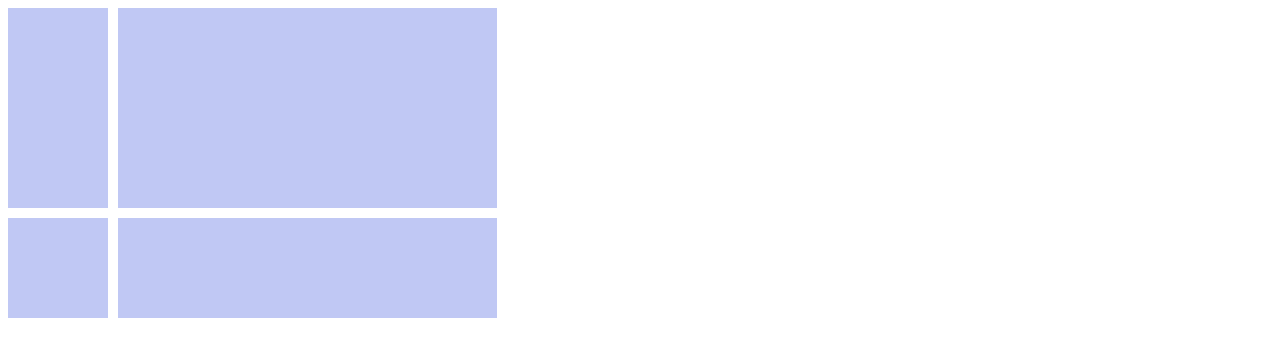
Repository: IrinaGetmanenko/week6
Page: tables.html
The author's editor kept a copy of each file at every save. The page is drawn from the files as they stood at one save, then again after the next save.
The browser window is 1280 px wide. The pictures show the whole page.

Above is the page before, as saved 2022-09-01 16:50:48.

### tables.html
<!DOCTYPE html>
<html lang="en">
<head>
    <meta charset="UTF-8">
    <meta http-equiv="X-UA-Compatible" content="IE=edge">
    <meta name="viewport" content="width=device-width, initial-scale=1.0">
    <title>Document</title>
</head>
<style>

.container {
  display: grid;
  grid-template-columns: 100px 30% ;
  grid-template-rows: 200px 100px  ;
  gap: 10px;
}

.item1 {
    background-color: rgba(89, 112, 227, 0.381);
}
.item2 {
    background-color: rgba(89, 112, 227, 0.381);
}
.item3 {
    background-color: rgba(89, 112, 227, 0.381);
}
.item4 {
    background-color: rgba(89, 112, 227, 0.381);
}
.item5 {
    background-color: rgba(89, 112, 227, 0.381);
}
.item6 {
    background-color: black;
}

</style>
<body>
        <div class="container">
        <div class="item item1"></div>
        <div class="item item2"></div>
        <div class="item item3"></div>
        <div class="item item4"></div>
        <div class="item item5"></div>
        <div class="item item6"></div>
      </div>
</body>
</html>

After the next save:
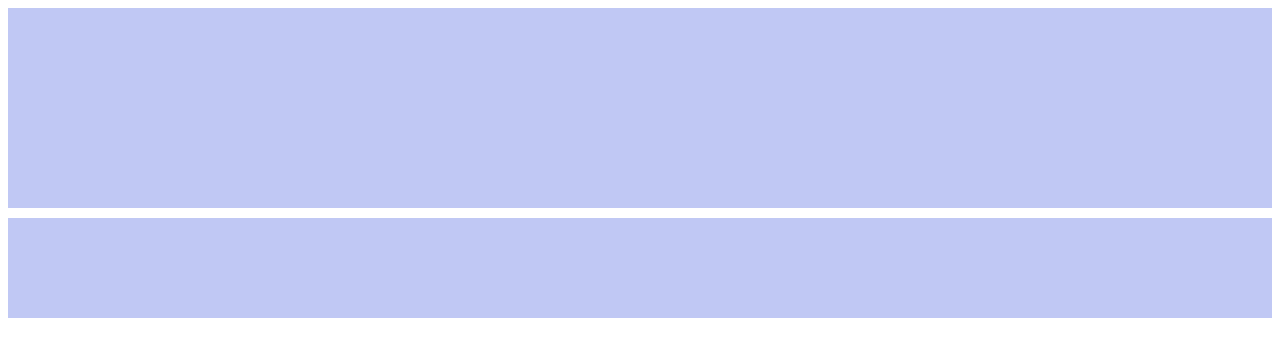
Saved 2 min 21 s later.
--- a/tables.html
+++ b/tables.html
@@ -10,7 +10,7 @@
 
 .container {
   display: grid;
-  grid-template-columns: 100px 30% ;
+  grid-template-columns: 100px 30% calc(70%-100px);
   grid-template-rows: 200px 100px  ;
   gap: 10px;
 }

After the save that followed:
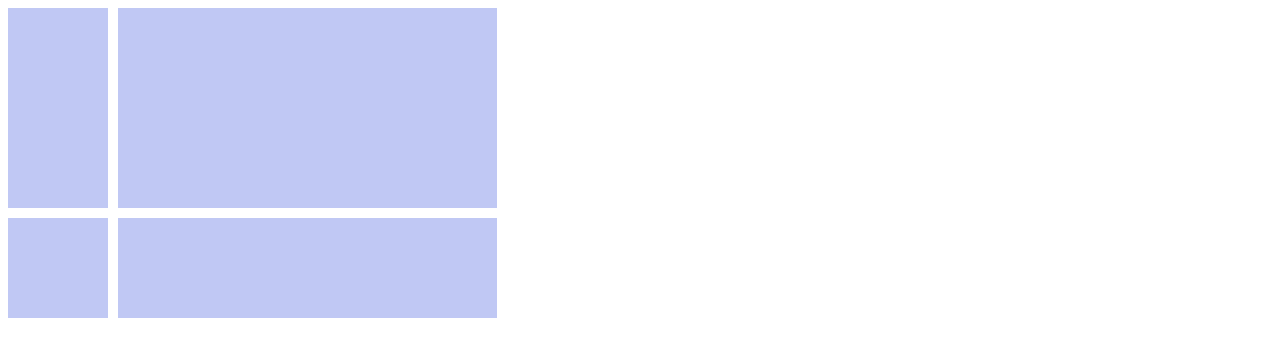
Saved 40 s later.
--- a/tables.html
+++ b/tables.html
@@ -10,7 +10,7 @@
 
 .container {
   display: grid;
-  grid-template-columns: 100px 30% calc(70%-100px);
+  grid-template-columns: 100px 30% ;
   grid-template-rows: 200px 100px  ;
   gap: 10px;
 }
